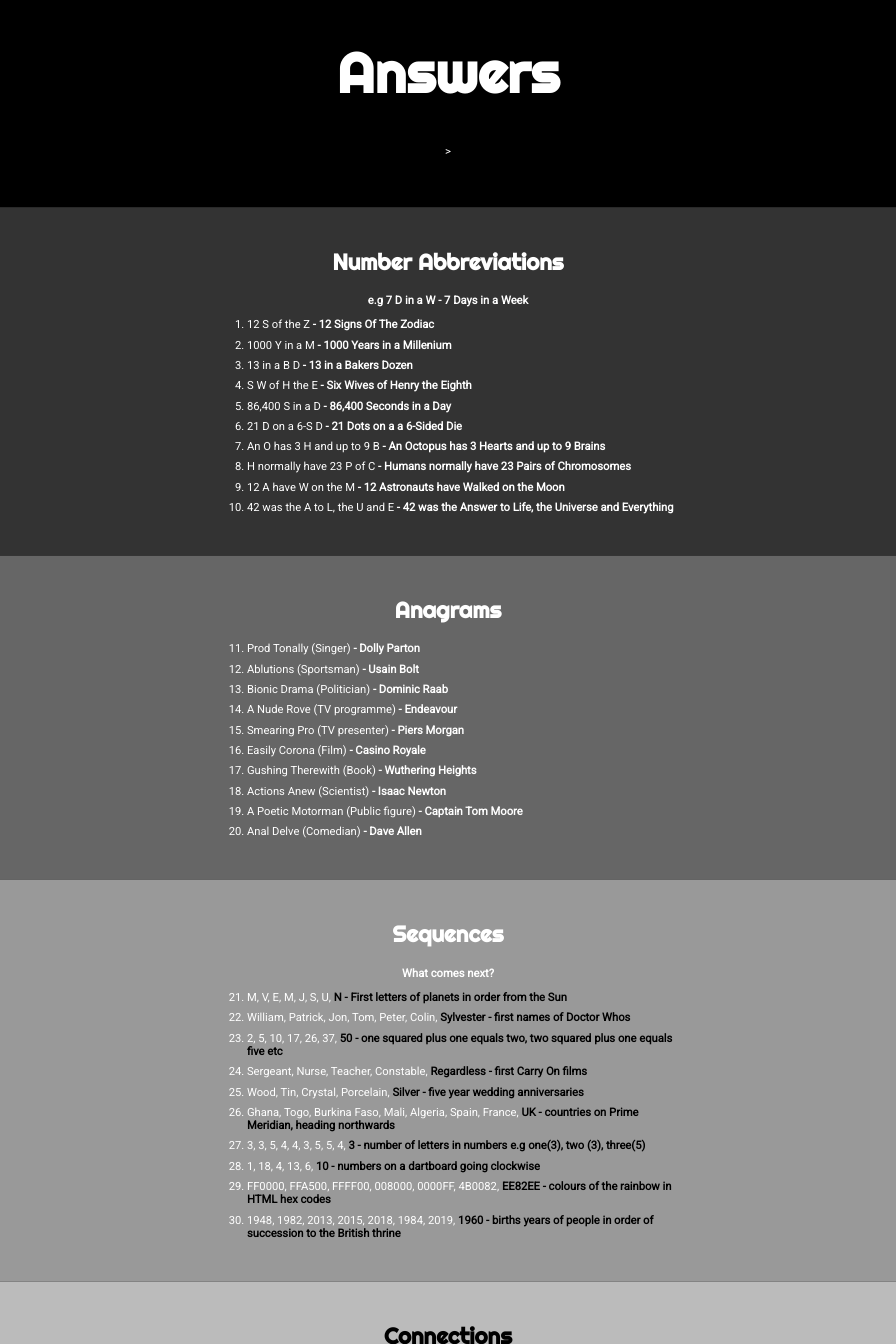
Repository: Domehead123/quiz
Page: answers.html
The author's editor kept a record of every edit. The page is drawn from the files as they stood at one moment, then again after the next edit.
The browser window is 1280 px wide. The pictures show the part of the page from y = 0 to 1920 px (the page is 4821 px tall before and 4786 px after), at 70% of full size.

Above is the page before.

After the next edit:
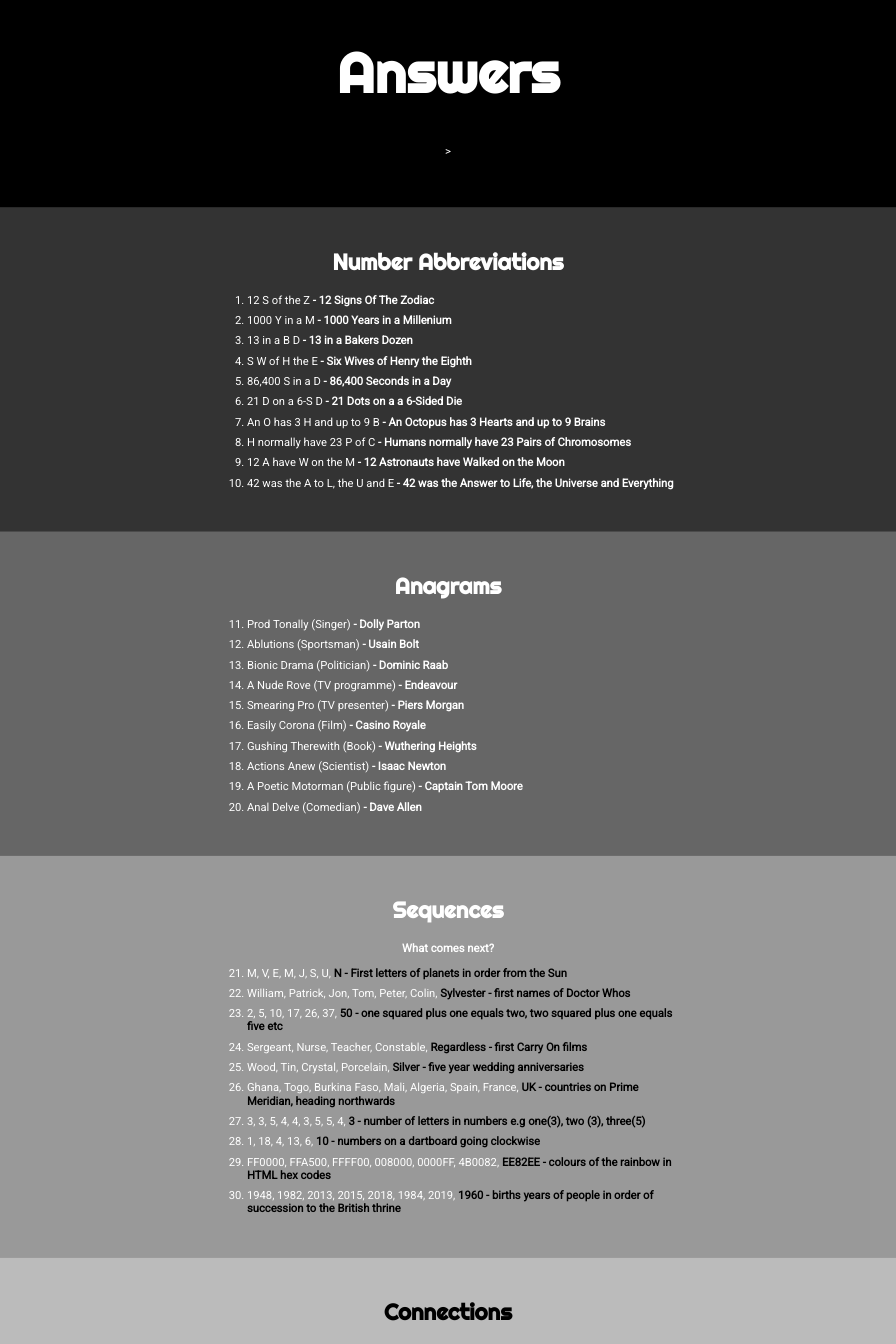
The edit:
--- a/answers.html
+++ b/answers.html
@@ -21,8 +21,6 @@
         <div class="container">
             <h2>Number Abbreviations</h2>
 
-
-            <p>e.g 7 D in a W <span>- 7 Days in a Week</span></p>
             <ol>
                 <li>12 S of the Z <span>- 12 Signs Of The Zodiac</span></li>
                 <li>1000 Y in a M <span>- 1000 Years in a Millenium</span></li>
